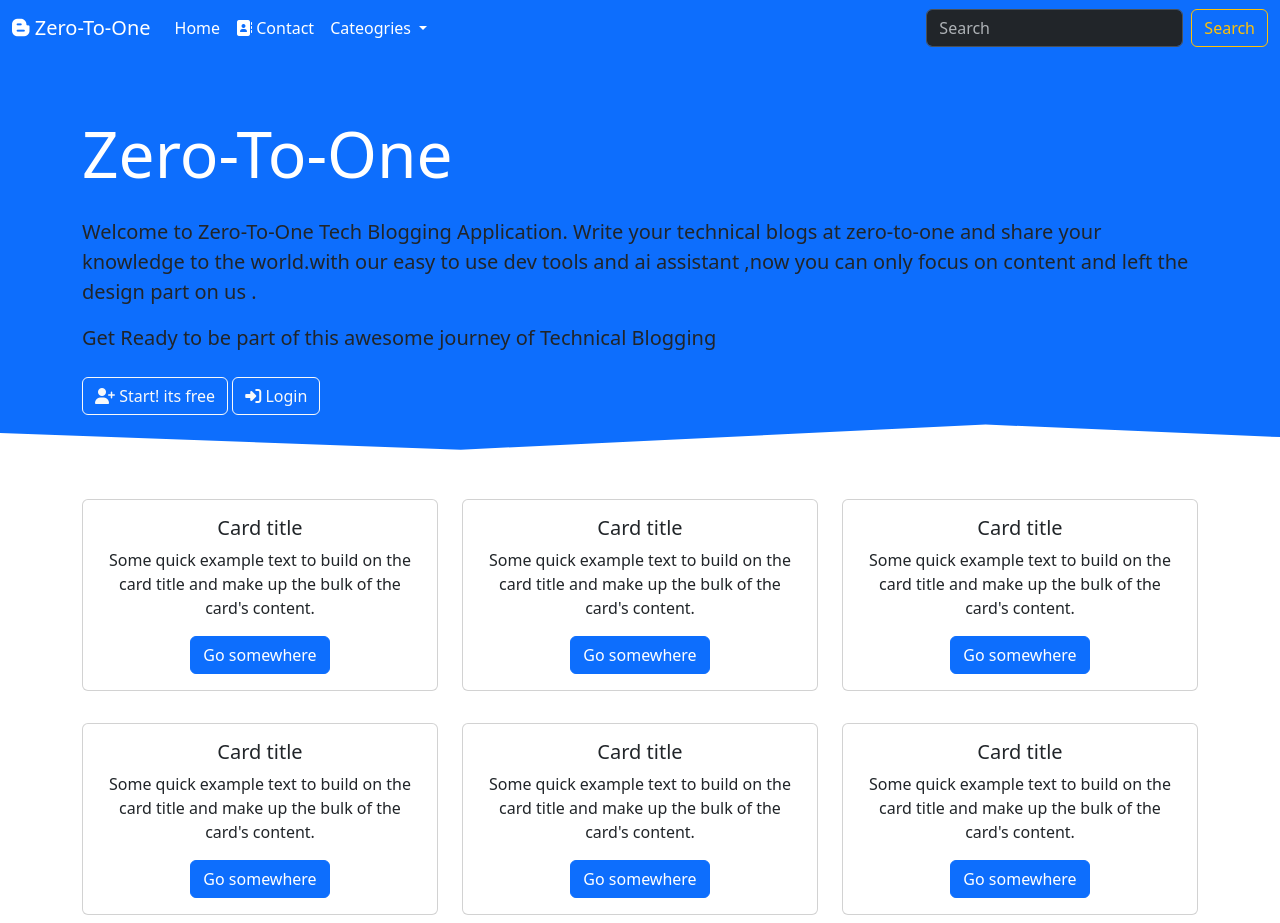
Repository: Gaurav560/PROJECT-ZeroToOne-TechBlog
Page: http://localhost/ZeroToOne/
An editor plug-in stored every save of this project. The page is shown before and after the next save, followed by the edit.
The browser window is 1280 px wide. The pictures show the whole page.
Some web libraries are served in a nearby version. The page is served by Tomcat 9. Other server files are loaded and not shown.

Above is the page before, as saved 2023-04-29 11:39:38.

### ZeroToOne/src/main/webapp/index.jsp
<%@page import="com.blog.helper.ConnectionProvider"%>
<%@page import="java.sql.Connection"%>
<%@ page language="java" contentType="text/html; charset=ISO-8859-1"
	pageEncoding="ISO-8859-1"%>
<!DOCTYPE html>
<html>
<head>
<meta charset="ISO-8859-1">
<title>Index page</title>
<!--  Bootstrap css-->
<link
	href="https://cdn.jsdelivr.net/npm/bootstrap@5.3.0-alpha3/dist/css/bootstrap.min.css"
	rel="stylesheet"
	integrity="sha384-KK94CHFLLe+nY2dmCWGMq91rCGa5gtU4mk92HdvYe+M/SXH301p5ILy+dN9+nJOZ"
	crossorigin="anonymous">
<!--css  -->
<link href="css/style.css" rel="stylesheet" type="text/css" />
<!-- font-awesome -->
<script src="https://kit.fontawesome.com/d52455da93.js"
	crossorigin="anonymous"></script>
</head>
<body>
	<%@include file="indexNavbar.jsp"%>

	<!-- jumbotron starts here -->
	<div class="container-fluid m-0 p-0 ">
		<div class="jumbo bg-primary text-white banner-background">
			<div class="container">

				<h3 class="display-3 pb-3">Zero-To-One</h3>
				<p class="fs-5 text-dark">Welcome to Zero-To-One Tech Blogging
					Application. Write your technical blogs at zero-to-one and share
					your knowledge to the world.with our easy to use dev tools and ai
					assistant ,now you can only focus on content and left the design
					part on us .</p>
				<p class="fs-5 text-dark pb-2">Get Ready to be part of this
					awesome journey of Technical Blogging</p>
				<p></p>
				<a href="register_page.jsp" class="btn  btn-outline-light">
					<i class="fa-solid fa-user-plus"></i> Start! its free
				</a>
				<a href="login_page.jsp" class="btn   btn-outline-light">
					<i class="fa-solid fa-right-to-bracket"></i> Login
				</a>
			</div>
		</div>
	</div>
	<!-- jumbotron ends here -->
<br>
<!--cards starts here  -->
<div class="container">


<!--1st row starts here  -->
<div class="row">

<div class="col-md-4 mb-2">


<div class="card text-center">

  <div class="card-body">
    <h5 class="card-title">Card title</h5>
    <p class="card-text">Some quick example text to build on the card title and make up the bulk of the card's content.</p>
    <a href="#" class="btn btn-primary">Go somewhere</a>
  </div>
</div>

</div>
<div class="col-md-4 mb-2">


<div class="card text-center">

  <div class="card-body">
    <h5 class="card-title">Card title</h5>
    <p class="card-text">Some quick example text to build on the card title and make up the bulk of the card's content.</p>
    <a href="#" class="btn btn-primary">Go somewhere</a>
  </div>
</div>

</div><div class="col-md-4 mb-2">


<div class="card text-center">

  <div class="card-body">
    <h5 class="card-title">Card title</h5>
    <p class="card-text">Some quick example text to build on the card title and make up the bulk of the card's content.</p>
    <a href="#" class="btn btn-primary">Go somewhere</a>
  </div>
</div>

</div>
</div>

<!--1st row ends here  -->

<br>
<!--2nd row ends here  -->

<div class="row">

<div class="col-md-4 mb-2 ">


<div class="card text-center">

  <div class="card-body">
    <h5 class="card-title">Card title</h5>
    <p class="card-text">Some quick example text to build on the card title and make up the bulk of the card's content.</p>
    <a href="#" class="btn btn-primary">Go somewhere</a>
  </div>
</div>

</div>
<div class="col-md-4 mb-2">


<div class="card text-center">

  <div class="card-body">
    <h5 class="card-title">Card title</h5>
    <p class="card-text">Some quick example text to build on the card title and make up the bulk of the card's content.</p>
    <a href="#" class="btn btn-primary">Go somewhere</a>
  </div>
</div>

</div><div class="col-md-4 mb-2">


<div class="card text-center">

  <div class="card-body">
    <h5 class="card-title">Card title</h5>
    <p class="card-text">Some quick example text to build on the card title and make up the bulk of the card's content.</p>
    <a href="#" class="btn btn-primary">Go somewhere</a>
  </div>
</div>

</div>
</div>

<!--2nd row ends here  -->
</div>
<!-- cards end here -->


	<!-- jquery cdn -->
	<script src="https://code.jquery.com/jquery-3.6.4.min.js"
		integrity="sha256-oP6HI9z1XaZNBrJURtCoUT5SUnxFr8s3BzRl+cbzUq8="
		crossorigin="anonymous">

	</script>

	<!-- js  -->

	<script
		src="https://cdn.jsdelivr.net/npm/bootstrap@5.3.0-alpha3/dist/js/bootstrap.bundle.min.js"
		integrity="sha384-ENjdO4Dr2bkBIFxQpeoTz1HIcje39Wm4jDKdf19U8gI4ddQ3GYNS7NTKfAdVQSZe"
		crossorigin="anonymous"></script>
	<script src="js/myjs.js" type="text/javascript"></script>

</body>
</html>

### ZeroToOne/src/main/webapp/indexNavbar.jsp
<nav class="navbar navbar-expand-lg  bg-primary dar "   data-bs-theme="dark">
	<div class="container-fluid">

         <a class="navbar-brand" href="index.jsp"><i class="fa-brands fa-blogger-b"></i> Zero-To-One</a>
		<button class="navbar-toggler" type="button" data-bs-toggle="collapse"
			data-bs-target="#navbarSupportedContent"
			aria-controls="navbarSupportedContent" aria-expanded="false"
			aria-label="Toggle navigation">
			<span class="navbar-toggler-icon"></span>
		</button>
		<div class="collapse navbar-collapse" id="navbarSupportedContent">
			<ul class="navbar-nav me-auto mb-2 mb-lg-0">
				<li class="nav-item"><a class="nav-link active"
					aria-current="page" href="#">Home</a></li>
				<li class="nav-item"><a class="nav-link active" href="#"><i class="fa-solid fa-address-book"></i> Contact</a></li>
				<li class="nav-item dropdown"><a
					class="nav-link dropdown-toggle active" href="#" role="button"
					data-bs-toggle="dropdown" aria-expanded="false">Cateogries </a>
					<ul class="dropdown-menu">
						<li><a class="dropdown-item " href="#">Action</a></li>
						<li><a class="dropdown-item" href="#">Another action</a></li>
						<li><hr class="dropdown-divider"></li>
						<li><a class="dropdown-item" href="#">Something else here</a></li>
					</ul></li>

			</ul>
			<form class="d-flex" role="search">
				<input class="form-control me-2" type="search" placeholder="Search"
					aria-label="Search">
				<button class="btn btn-outline-warning" type="submit">Search</button>
			</form>
		</div>
	</div>
</nav>

### ZeroToOne/src/main/webapp/css/style.css
.bg-dar{

	padding:14px;
}
.jumbo{
	padding:60px;
}
.banner-background{
clip-path: polygon(30% 0%, 70% 0%, 100% 0, 100% 91%, 77% 88%, 36% 94%, 0 90%, 0 0);



}

Loaded but not shown: ZeroToOne/ZeroToOne/js/myjs.js (no stored copy; drawn as an empty file)

After the next save:
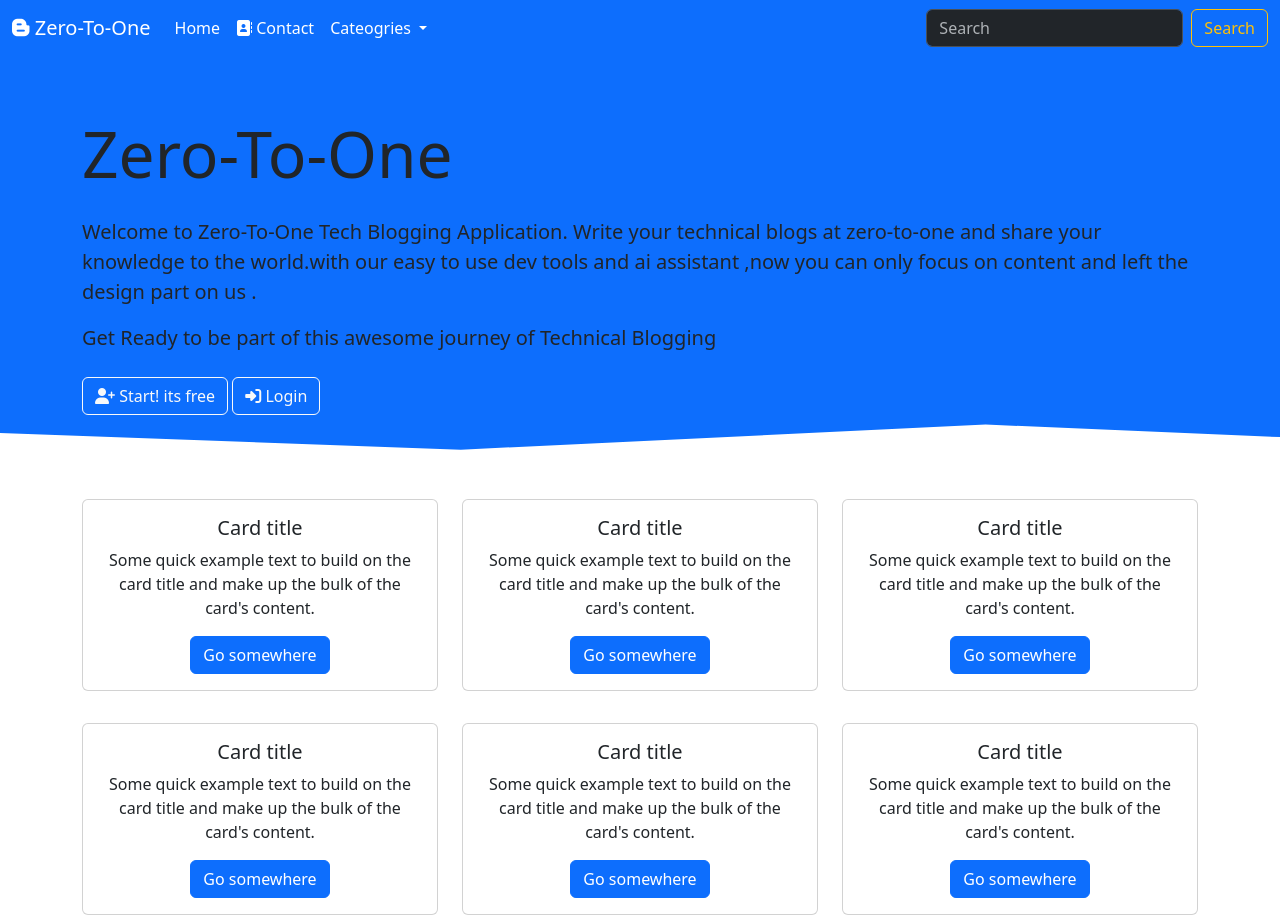
Saved 12 s later.
--- a/ZeroToOne/src/main/webapp/index.jsp
+++ b/ZeroToOne/src/main/webapp/index.jsp
@@ -27,7 +27,7 @@
 		<div class="jumbo bg-primary text-white banner-background">
 			<div class="container">
 
-				<h3 class="display-3 pb-3">Zero-To-One</h3>
+				<h3 class="display-3 pb-3 text-dark">Zero-To-One</h3>
 				<p class="fs-5 text-dark">Welcome to Zero-To-One Tech Blogging
 					Application. Write your technical blogs at zero-to-one and share
 					your knowledge to the world.with our easy to use dev tools and ai
